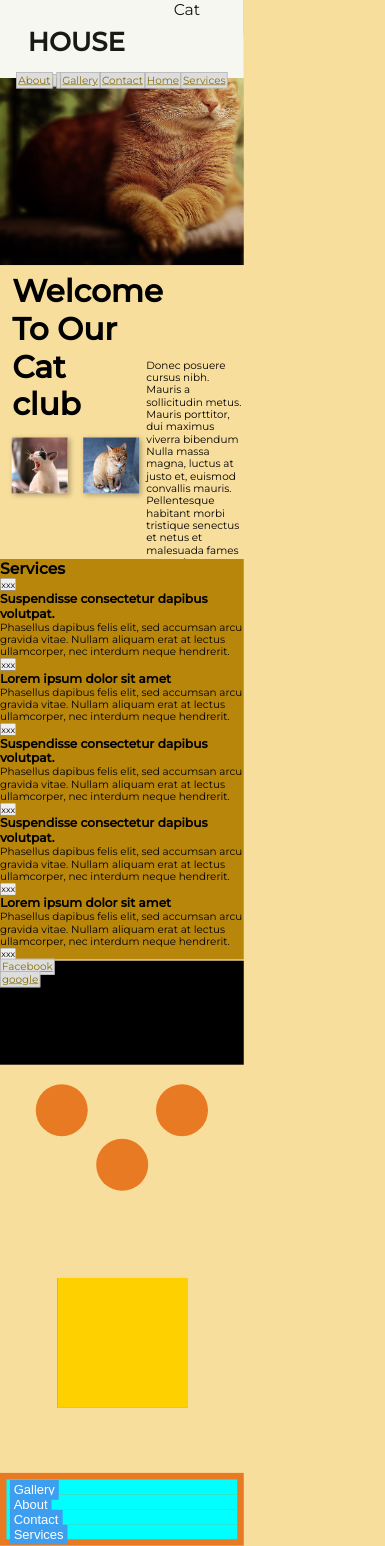
Repository: raul4264/final
Page: index.html
These files come from the project's save history. The page is drawn as it stood at one moment and after the next save; the edit follows.
The browser window is 375 px wide. The page is 592 px wide, so the pictures cover 592 px, including what lies to the right of the window. The pictures show the whole page, at 65% of full size.

Above is the page before, as saved 2021-03-25 12:26:57.

After the next save:
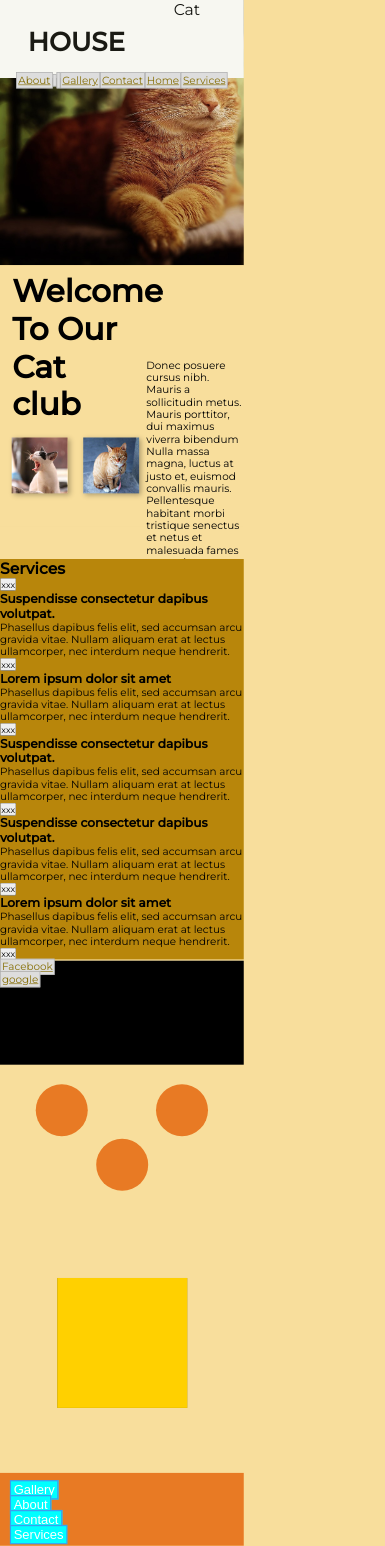
Saved 13 s later.
--- a/css/estilos.css
+++ b/css/estilos.css
@@ -151,7 +151,7 @@
         padding: 10px;
 
     }
-    .sidebar p{
+    .sidebar a{
         background-color: aqua;
     }
     .menuButton {
